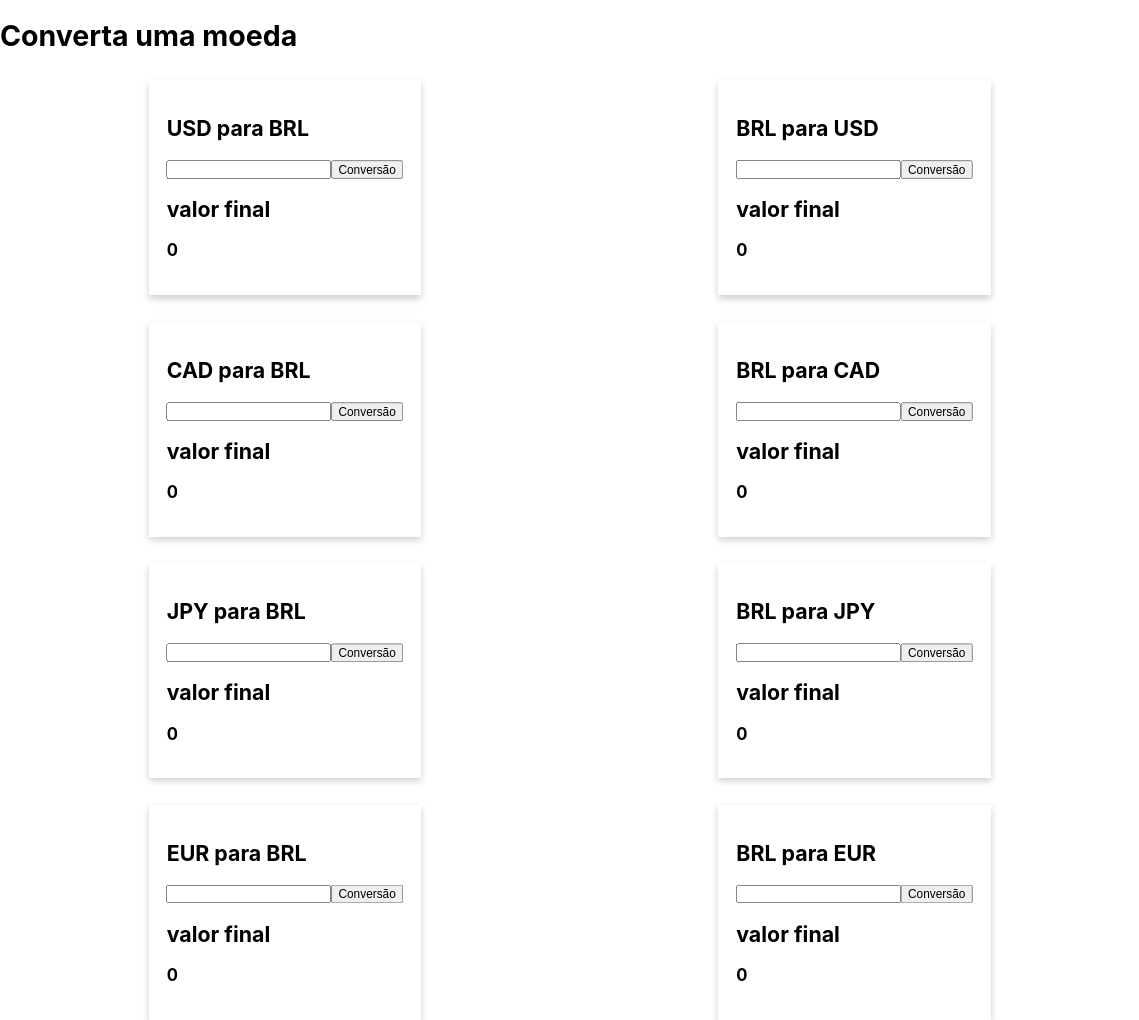
Repository: DeanLemosXD/Currency-converter
Page: /
An editor plug-in stored every save of this project. The page is shown before and after the next save, followed by the edit.
The browser window is 1280 px wide. The pictures show the whole page, at 89% of full size.
The project was rebuilt for these pictures with package versions that can differ from the ones it lists, and the page was loaded fresh each time.

Above is the page before, as saved 2021-10-19 18:18:32.

### src/App.js
import './App.css';
import Conversor from './components/Conversor';

function App() {
  return (
    <div className="App">
      <h1>Converta uma moeda</h1>
      <div className="linha">
      <Conversor moedaA="USD" moedaB="BRL"></Conversor>
      <Conversor moedaA="BRL" moedaB="USD"></Conversor>
      </div>
      <div className="linha">
      <Conversor moedaA="CAD" moedaB="BRL"></Conversor>
      <Conversor moedaA="BRL" moedaB="CAD"></Conversor>
      </div>
      <div className="linha">
      <Conversor moedaA="JPY" moedaB="BRL"></Conversor>
      <Conversor moedaA="BRL" moedaB="JPY"></Conversor>
      </div>
      <div className="linha">
      <Conversor moedaA="EUR" moedaB="BRL"></Conversor>
      <Conversor moedaA="BRL" moedaB="EUR"></Conversor>
      </div>
    </div>
  );
}

export default App;

### src/App.css
.linha{
    display:flex;
    margin-top:  30px;
    justify-content: space-around;

}

### src/components/Conversor.js
import React, { Component } from 'react'
import './conversor.css'
export default class Conversor extends Component {

    // eslint-disable-next-line no-useless-constructor
    constructor(props){
        super(props);

        this.state = {
            moedaA_Valor:"",
            moedaB_Valor:0,

        }

        this.converter = this.converter.bind(this)
    }

    converter(){

        let de_para = `${this.props.moedaA}_${this.props.moedaB}`;
        let url = `http://free.currconv.com/api/v7/convert?q=${de_para}&compact=ultra&apiKey=0d7e32903cad9cf7460c`
        //console.log(url)
        fetch(url).then(res=>{
            return res.json()
        })
        .then(json=>{

            let cotacao = json[de_para];
            let moedaB_Valor = (parseFloat(this.state.moedaA_Valor) * cotacao).toFixed(2)
            this.setState({moedaB_Valor})
        })
    }
    render(){
        return (
            <div className="conversor">
                <h2>{this.props.moedaA} para {this.props.moedaB}</h2>
                <input type="text" onChange={(event)=>{this.setState({moedaA_Valor:event.target.value})}}></input>
                <input type="button" value="Conversão" onClick={this.converter}></input>
                <h2>valor final</h2>
                <h3>{this.state.moedaB_Valor}</h3>
            </div>
        )
    }
}

### src/components/conversor.css
.conversor{
        padding: 20px;
        max-width: 300px;
        box-shadow: 0 4px 8px 0 rgba(0, 0, 0, 0.2);
}

Loaded but not shown: public/index.html (common file); src/index.js (common file); src/index.css (common file); src/reportWebVitals.js (common file)

After the next save:
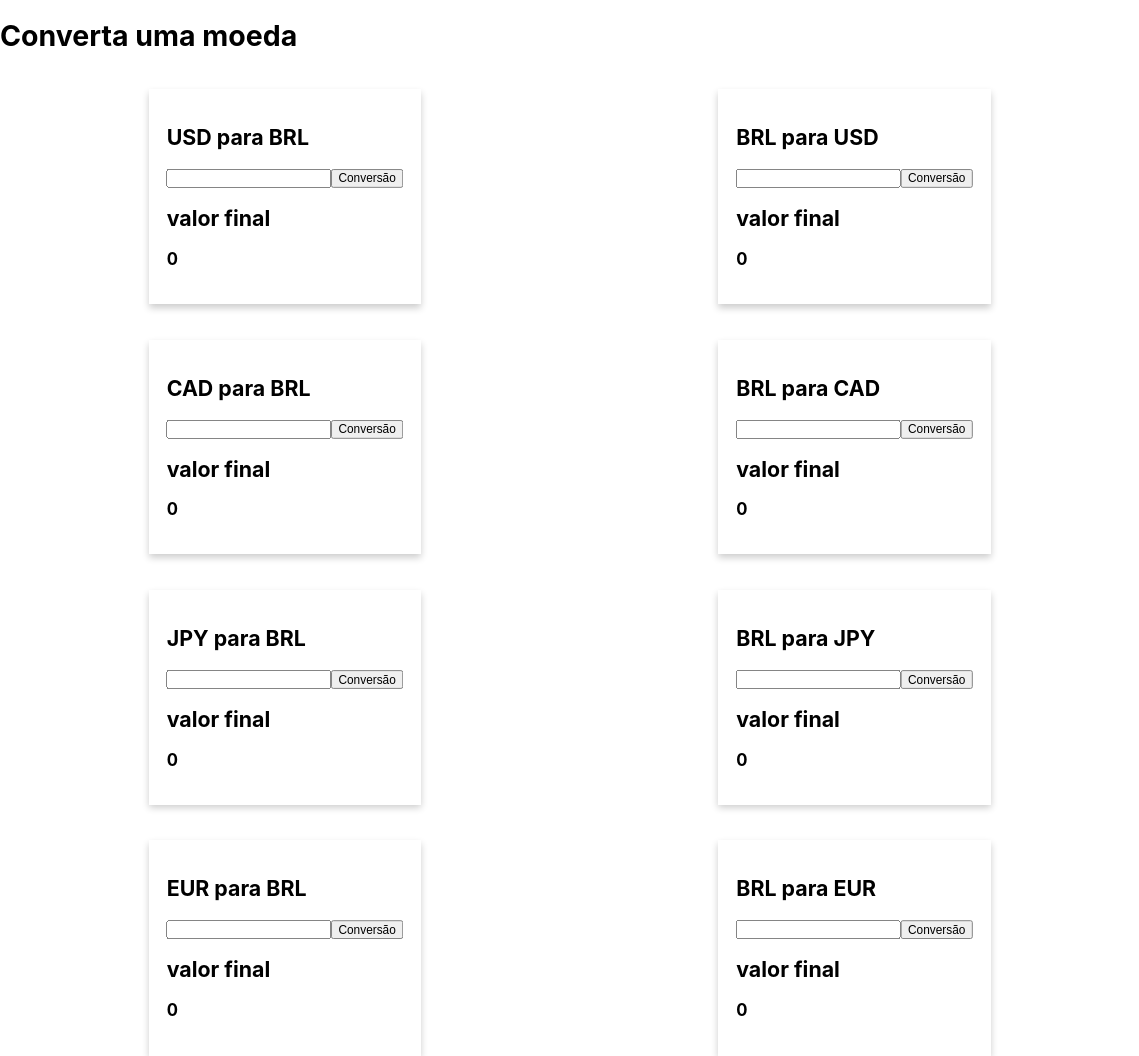
Saved 12 s later.
--- a/src/App.css
+++ b/src/App.css
@@ -1,6 +1,6 @@
 .linha{
     display:flex;
-    margin-top:  30px;
+    margin-top:  40px;
     justify-content: space-around;
 
 }
